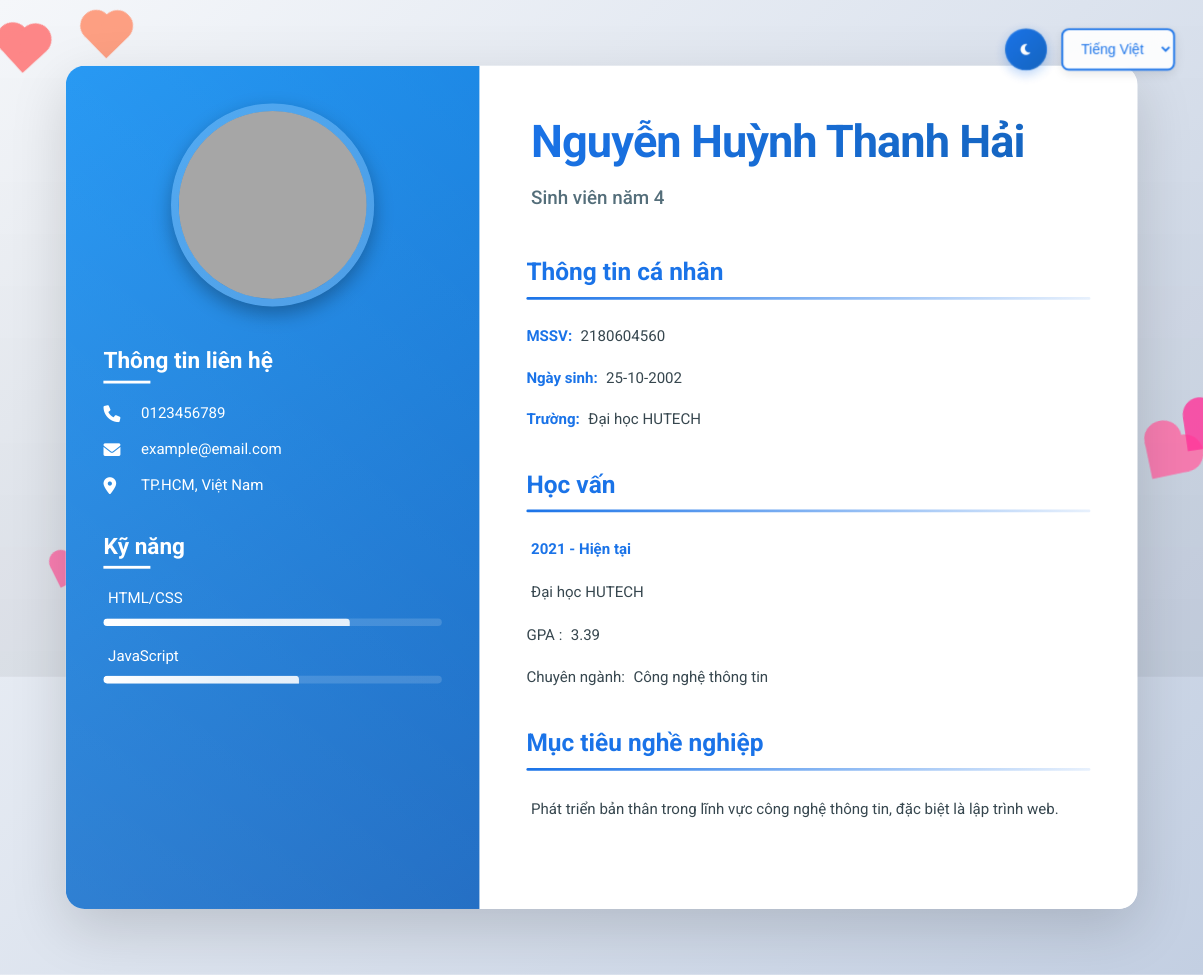
Repository: Haimichi/haimichi.github.io
Page: index.html
The author's editor kept a copy of each file at every save. The page is drawn from the files as they stood at one save, then again after the next save.
The browser window is 1280 px wide. The pictures show the whole page, at 94% of full size.
Pictures or frames that could not be fetched are drawn as grey boxes.

Above is the page before, as saved 2025-03-04 11:06:05.

### index.html
<!DOCTYPE html>
<html lang="en">
<head>
    <meta charset="UTF-8">
    <meta name="viewport" content="width=device-width, initial-scale=1.0">
    <title>CV - Nguyễn Huỳnh Thanh Hải</title>
    <link rel="stylesheet" href="style.css">
    <link rel="stylesheet" href="https://cdnjs.cloudflare.com/ajax/libs/font-awesome/6.0.0/css/all.min.css">
    <link href="https://fonts.googleapis.com/css2?family=Roboto:wght@400;500;700&display=swap" rel="stylesheet">
    <style>
        .editable-input {
            background: transparent;
            border: none;
            border-bottom: 2px solid #1a73e8;
            color: inherit;
            font-size: inherit;
            font-family: inherit;
            width: 100%;
            padding: 5px 0;
            outline: none;
        }

        [contenteditable="true"]:hover {
            background: rgba(26, 115, 232, 0.1);
            cursor: pointer;
            padding: 2px 5px;
            border-radius: 4px;
        }
    </style>
</head>
<body>
    <div class="theme-controls">
        <button id="themeToggle" class="theme-btn">
            <i class="fas fa-moon"></i>
        </button>
        <select id="languageSelect" class="lang-select">
            <option value="vi">Tiếng Việt</option>
            <option value="en">English</option>
        </select>
    </div>
    <div class="container">
        <div class="cv-container">
            <div class="left-column">
                <div class="profile-image">
                    <input type="file" id="imageInput" accept="image/*" style="display: none;">
                    <img src="avatar.jpg" alt="Profile Picture" onclick="document.getElementById('imageInput').click()" style="width: 200px; height: 200px; border-radius: 50%; object-fit: cover; cursor: pointer;">
                </div>
                <script>
                    document.getElementById('imageInput').addEventListener('change', function(event) {
                        const file = event.target.files[0];
                        if (file) {
                            const reader = new FileReader();
                            reader.onload = function(e) {
                                document.querySelector('.profile-image img').src = e.target.result;
                            };
                            reader.readAsDataURL(file);
                        }
                    });
                </script>
                <div class="contact-info">
                    <h2>Thông tin liên hệ</h2>
                    <p><i class="fas fa-phone"></i> <span class="editable" data-key="phone">0123456789</span></p>
                    <p><i class="fas fa-envelope"></i> <span class="editable" data-key="email">example@email.com</span></p>
                    <p><i class="fas fa-map-marker-alt"></i> <span class="editable" data-key="address">TP.HCM, Việt Nam</span></p>
                </div>
                <div class="skills">
                    <h2>Kỹ năng</h2>
                    <div class="skill-item">
                        <span class="editable" data-key="skill1Name">HTML/CSS</span>
                        <div class="skill-level">
                            <div class="skill-bar editable" data-key="skill1Level" style="width: 70%"></div>
                        </div>
                    </div>
                    <div class="skill-item">
                        <span class="editable" data-key="skill2Name">JavaScript</span>
                        <div class="skill-level">
                            <div class="skill-bar editable" data-key="skill2Level" style="width: 55%"></div>
                        </div>
                    </div>
                </div>
            </div>
            <div class="right-column">
                <div class="header">
                    <h1 class="editable" data-key="fullName">Nguyễn Huỳnh Thanh Hải</h1>
                    <h2 class="editable" data-key="title">Sinh viên năm 4</h2>
                </div>
                <div class="section">
                    <h2>Thông tin cá nhân</h2>
                    <p><strong>MSSV:</strong> <span class="editable" data-key="studentId">2180604560</span></p>
                    <p><strong>Ngày sinh:</strong> <span class="editable" data-key="dob">25-10-2002</span></p>
                    <p><strong>Trường:</strong> <span class="editable" data-key="university">Đại học HUTECH</span></p>
                </div>
                <div class="section">
                    <h2>Học vấn</h2>
                    <p><strong class="editable" data-key="educationPeriod">2021 - Hiện tại</strong></p>
                    <p class="editable" data-key="university">Đại học HUTECH</p>
                    <p>GPA : <span class="editable" data-key="gpa">3.39</span></p>
                    <p>Chuyên ngành: <span class="editable" data-key="major">Công nghệ thông tin</span></p>
                </div>
                <div class="section">
                    <h2>Mục tiêu nghề nghiệp</h2>
                    <p class="editable" data-key="careerObjective">Phát triển bản thân trong lĩnh vực công nghệ thông tin, đặc biệt là lập trình web.</p>
                </div>
            </div>
        </div>
    </div>
    <div class="hearts-container"></div>
    <div class="ending-screen">
        <div class="ending-message">❤️ Cảm ơn bạn đã xem CV của tôi! ❤️</div>
        <button class="restart-btn" onclick="restartAnimation()">Xem lại</button>
    </div>
</body>
<script>
const translations = {
    en: {
        title: "Contact Information",
        skills: "Skills",
        personalInfo: "Personal Information",
        education: "Education",
        career: "Career Objectives",
        studentId: "Student ID",
        dob: "Date of Birth",
        university: "University",
        major: "Major",
        present: "Present",
        fullName: "Full Name",
        title: "Title",
        educationPeriod: "Education Period",
        gpa: "GPA",
        careerObjective: "Career Objective",
        skill1Name: "Skill 1",
        skill2Name: "Skill 2"
    },
    vi: {
        title: "Thông tin liên hệ",
        skills: "Kỹ năng",
        personalInfo: "Thông tin cá nhân",
        education: "Học vấn",
        career: "Mục tiêu nghề nghiệp",
        studentId: "MSSV",
        dob: "Ngày sinh",
        university: "Trường",
        major: "Chuyên ngành",
        present: "Hiện tại",
        fullName: "Họ và tên",
        title: "Chức danh",
        educationPeriod: "Thời gian học",
        gpa: "GPA",
        careerObjective: "Mục tiêu nghề nghiệp",
        skill1Name: "Kỹ năng 1",
        skill2Name: "Kỹ năng 2"
    }
};

// Theme Toggle
const themeToggle = document.getElementById('themeToggle');
themeToggle.addEventListener('click', () => {
    document.body.classList.toggle('dark-theme');
    const icon = themeToggle.querySelector('i');
    if (document.body.classList.contains('dark-theme')) {
        icon.classList.replace('fa-moon', 'fa-sun');
    } else {
        icon.classList.replace('fa-sun', 'fa-moon');
    }
});

// Language Toggle
const languageSelect = document.getElementById('languageSelect');
languageSelect.addEventListener('change', (e) => {
    const lang = e.target.value;
    updateLanguage(lang);
});

function updateLanguage(lang) {
    document.querySelector('.contact-info h2').textContent = translations[lang].title;
    document.querySelector('.skills h2').textContent = translations[lang].skills;
    document.querySelector('.section h2').textContent = translations[lang].personalInfo;
    // Update other elements...
    document.querySelectorAll('.editable').forEach(element => {
        const key = element.getAttribute('data-key');
        const savedValue = localStorage.getItem(key);
        if (savedValue) {
            if (element.classList.contains('skill-bar')) {
                element.style.width = savedValue + '%';
            } else {
                element.textContent = savedValue;
            }
        }
    });
}

document.addEventListener('DOMContentLoaded', function() {
    // Khôi phục dữ liệu đã lưu
    const editables = document.querySelectorAll('.editable');
    editables.forEach(element => {
        const savedValue = localStorage.getItem(element.getAttribute('data-key'));
        if (savedValue) {
            element.textContent = savedValue;
        }
        makeEditable(element);
    });

    // Cập nhật hàm updateLanguage
    function updateLanguage(lang) {
        // ...existing translations...
        const editables = document.querySelectorAll('.editable');
        editables.forEach(element => {
            const key = element.getAttribute('data-key');
            const savedValue = localStorage.getItem(key);
            if (savedValue) {
                element.textContent = savedValue;
            }
        });
    }
});

function makeEditable(element) {
    element.addEventListener('click', function() {
        // Nếu là skill bar thì xử lý riêng
        if (element.classList.contains('skill-bar')) {
            const percentage = prompt('Nhập mức độ kỹ năng (0-100)%:', element.style.width.replace('%', ''));
            if (percentage !== null && !isNaN(percentage) && percentage >= 0 && percentage <= 100) {
                element.style.width = percentage + '%';
                localStorage.setItem(element.getAttribute('data-key'), percentage);
            }
            return;
        }

        const currentValue = this.textContent;
        const input = document.createElement('input');
        input.value = currentValue;
        input.className = 'editable-input';

        input.addEventListener('blur', function() {
            element.textContent = this.value;
            localStorage.setItem(element.getAttribute('data-key'), this.value);
        });

        input.addEventListener('keypress', function(e) {
            if (e.key === 'Enter') {
                this.blur();
            }
        });

        element.textContent = '';
        element.appendChild(input);
        input.focus();
    });
}

let heartCount = 0;
const maxHearts = 100; // Số tim tối đa trước khi nổ

function createHeart() {
    if (heartCount >= maxHearts) {
        explodeHearts();
        return;
    }

    const heart = document.createElement('div');
    heart.className = 'heart';

    // Random position
    heart.style.left = Math.random() * 100 + 'vw';

    // Larger size
    const size = Math.random() * 30 + 20; // 20-50px
    heart.style.width = size + 'px';
    heart.style.height = size + 'px';

    // Vibrant colors
    const colors = [
        '#ff4081', '#e91e63', '#ff6b6b', '#ff8a65',
        '#ff4d4d', '#ff66a3', '#ff3399', '#ff99cc'
    ];
    const color = colors[Math.floor(Math.random() * colors.length)];
    heart.style.background = color;

    // Add pseudo-elements with same color
    heart.style.setProperty('--heart-color', color);

    // Random duration
    const duration = Math.random() * 3 + 4; // 4-7 seconds
    heart.style.setProperty('--duration', duration + 's');

    document.querySelector('.hearts-container').appendChild(heart);
    heartCount++;

    // Remove heart after animation
    setTimeout(() => {
        heart.remove();
        heartCount--;
    }, duration * 1000);
}

function explodeHearts() {
    clearInterval(heartInterval);

    // Animate existing hearts to explode
    const hearts = document.querySelectorAll('.heart');
    hearts.forEach(heart => {
        heart.style.animation = 'explode 1s forwards';
    });

    // Show ending screen after explosion
    setTimeout(() => {
        document.querySelector('.ending-screen').classList.add('show');
    }, 1000);
}

function restartAnimation() {
    // Reset counter and clear existing hearts
    heartCount = 0;
    document.querySelector('.hearts-container').innerHTML = '';
    document.querySelector('.ending-screen').classList.remove('show');

    // Restart heart creation
    heartInterval = setInterval(createHeart, 200);
}

// Start initial animation
let heartInterval = setInterval(createHeart, 200);
</script>
</html>

Loaded but not shown: style.css (531 lines, source omitted)

After the next save:
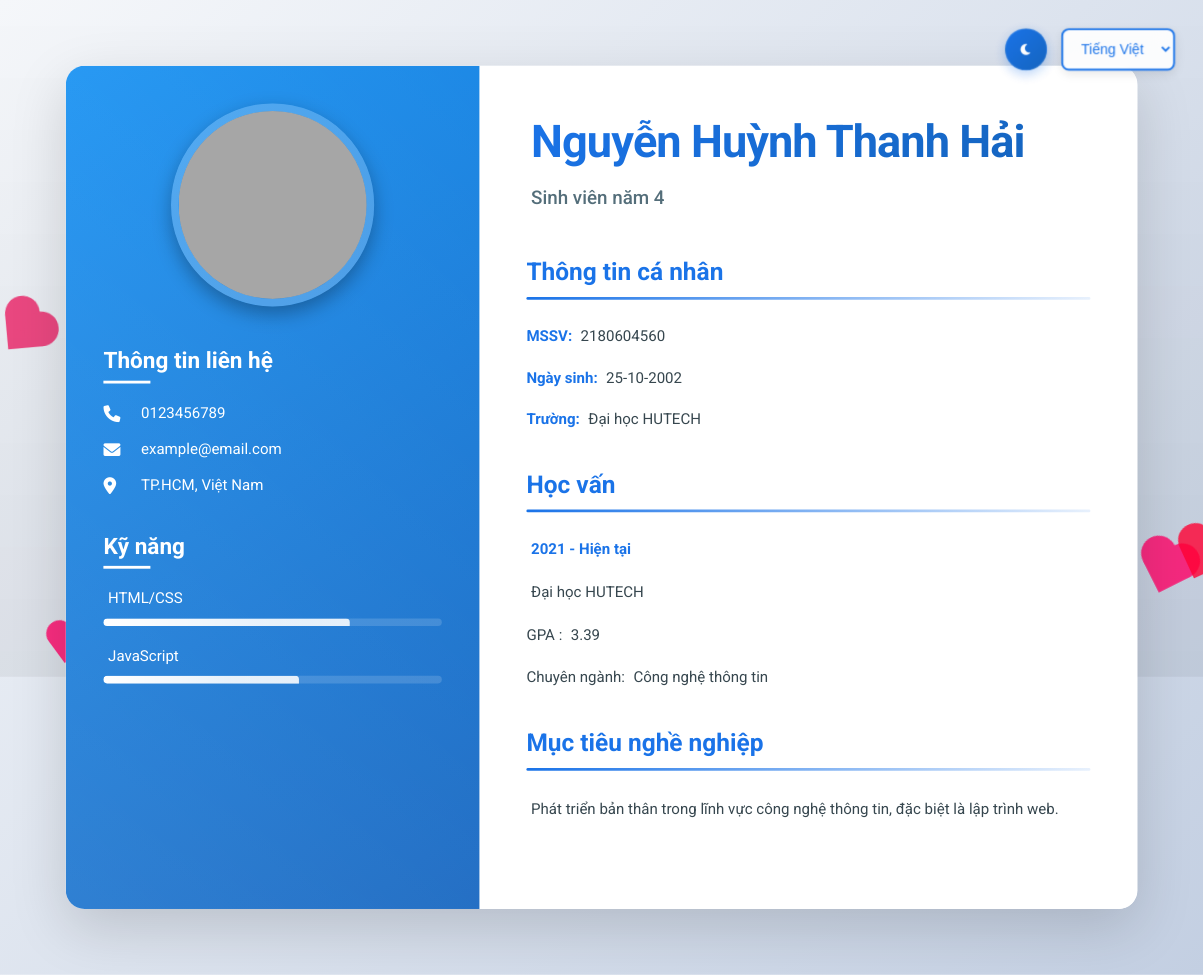
Saved 1 s later.
--- a/index.html
+++ b/index.html
@@ -248,12 +248,15 @@ function makeEditable(element) {
     });
 }
 
+// Thay đổi các hàm liên quan đến trái tim
 let heartCount = 0;
-const maxHearts = 100; // Số tim tối đa trước khi nổ
+const maxHearts = 200; // Tăng số lượng tim tối đa
+const visibleHearts = []; // Mảng lưu trữ các trái tim
 
 function createHeart() {
     if (heartCount >= maxHearts) {
-        explodeHearts();
+        clearInterval(heartInterval);
+        setTimeout(explodeHearts, 2000);
         return;
     }
 
@@ -263,60 +266,60 @@ function createHeart() {
     // Random position
     heart.style.left = Math.random() * 100 + 'vw';
 
-    // Larger size
-    const size = Math.random() * 30 + 20; // 20-50px
+    // Larger size và random size
+    const size = Math.random() * 20 + 25; // 25-45px
     heart.style.width = size + 'px';
     heart.style.height = size + 'px';
 
     // Vibrant colors
     const colors = [
-        '#ff4081', '#e91e63', '#ff6b6b', '#ff8a65',
-        '#ff4d4d', '#ff66a3', '#ff3399', '#ff99cc'
+        '#ff0000', '#ff4081', '#e91e63', '#ff6b6b',
+        '#ff3366', '#ff0066', '#ff0033', '#ff3399'
     ];
     const color = colors[Math.floor(Math.random() * colors.length)];
     heart.style.background = color;
 
-    // Add pseudo-elements with same color
-    heart.style.setProperty('--heart-color', color);
-
-    // Random duration
-    const duration = Math.random() * 3 + 4; // 4-7 seconds
+    // Random duration longer
+    const duration = Math.random() * 4 + 6; // 6-10 seconds
     heart.style.setProperty('--duration', duration + 's');
 
     document.querySelector('.hearts-container').appendChild(heart);
+    visibleHearts.push(heart);
     heartCount++;
 
-    // Remove heart after animation
-    setTimeout(() => {
-        heart.remove();
-        heartCount--;
-    }, duration * 1000);
+    // Không xóa tim sau animation nữa
+    heart.addEventListener('animationend', () => {
+        // Khi animation kết thúc, đưa tim về vị trí ban đầu
+        heart.style.animation = 'none';
+        heart.offsetHeight; // Trigger reflow
+        heart.style.animation = `float ${duration}s ease-in-out infinite`;
+    });
 }
 
 function explodeHearts() {
-    clearInterval(heartInterval);
-
-    // Animate existing hearts to explode
-    const hearts = document.querySelectorAll('.heart');
-    hearts.forEach(heart => {
-        heart.style.animation = 'explode 1s forwards';
-    });
-
-    // Show ending screen after explosion
+    // Dừng animation hiện tại của tất cả trái tim
+    visibleHearts.forEach(heart => {
+        heart.style.animation = 'explode 1.5s forwards';
+    });
+
+    // Show ending screen sau khi hiệu ứng nổ hoàn thành
     setTimeout(() => {
         document.querySelector('.ending-screen').classList.add('show');
-    }, 1000);
+    }, 1500);
 }
 
 function restartAnimation() {
-    // Reset counter and clear existing hearts
+    // Xóa tất cả tim cũ
     heartCount = 0;
+    visibleHearts.length = 0;
     document.querySelector('.hearts-container').innerHTML = '';
     document.querySelector('.ending-screen').classList.remove('show');
 
     // Restart heart creation
-    heartInterval = setInterval(createHeart, 200);
-}
+    heartInterval = setInterval(createHeart, 100); // Tạo tim nhanh hơn
+}
+
+// Thêm animation explode mới
 
 // Start initial animation
 let heartInterval = setInterval(createHeart, 200);
